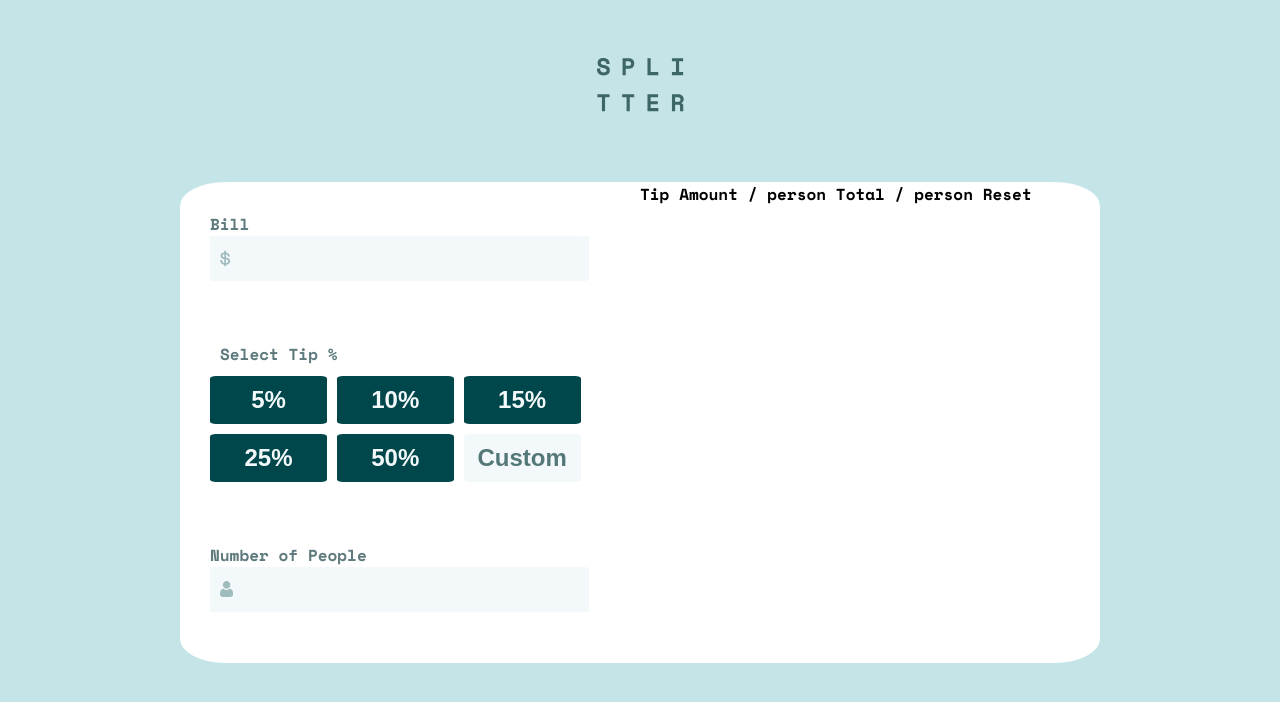
Repository: Arkitecth/tip-calculator
Page: index.html
The author's editor kept a copy of each file at every save. The page is drawn from the files as they stood at one save, then again after the next save.
The browser window is 1280 px wide. The pictures show the whole page.

Above is the page before, as saved 2023-06-09 18:28:46.

After the next save:
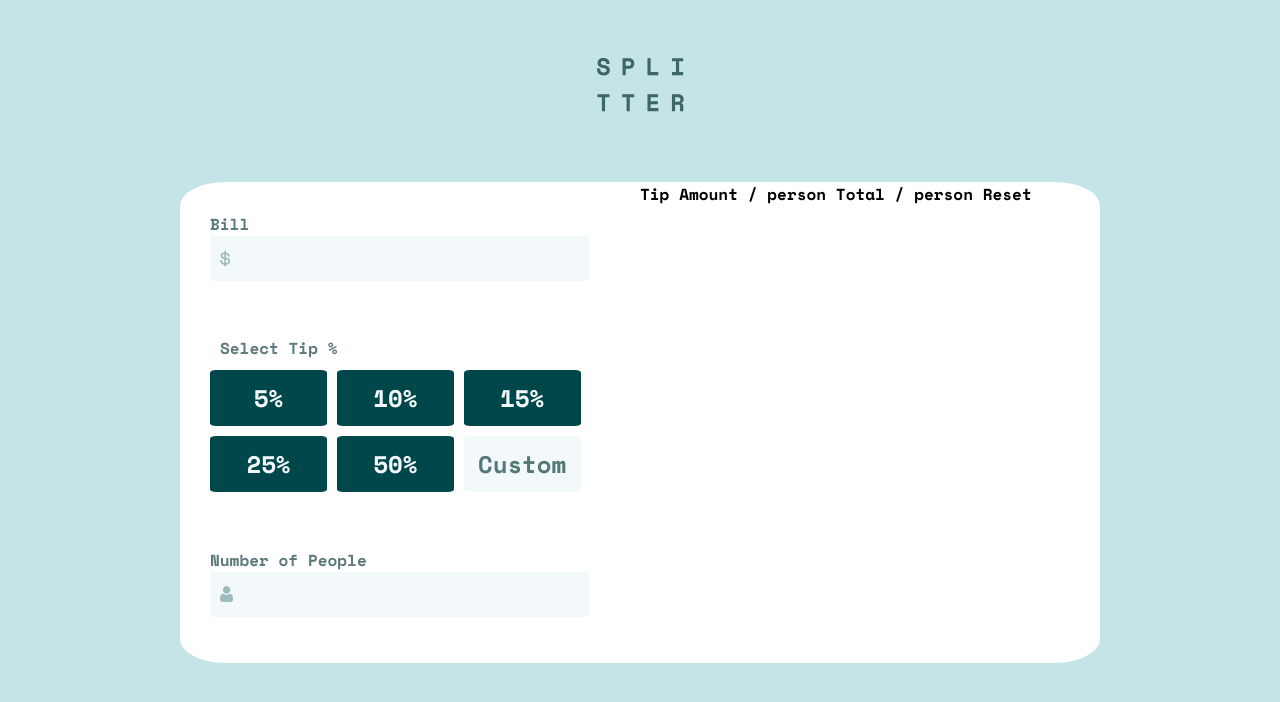
Saved 31 s later.
--- a/styles.css
+++ b/styles.css
@@ -76,6 +76,7 @@
 .tip-entry input[type="button"] {
     width: 117px;
     padding: 10px;
+    font-family: 'Space Mono', monospace;
     margin-bottom: 10px;
     background-color:#00474B;
     color: #f3F9FA;
